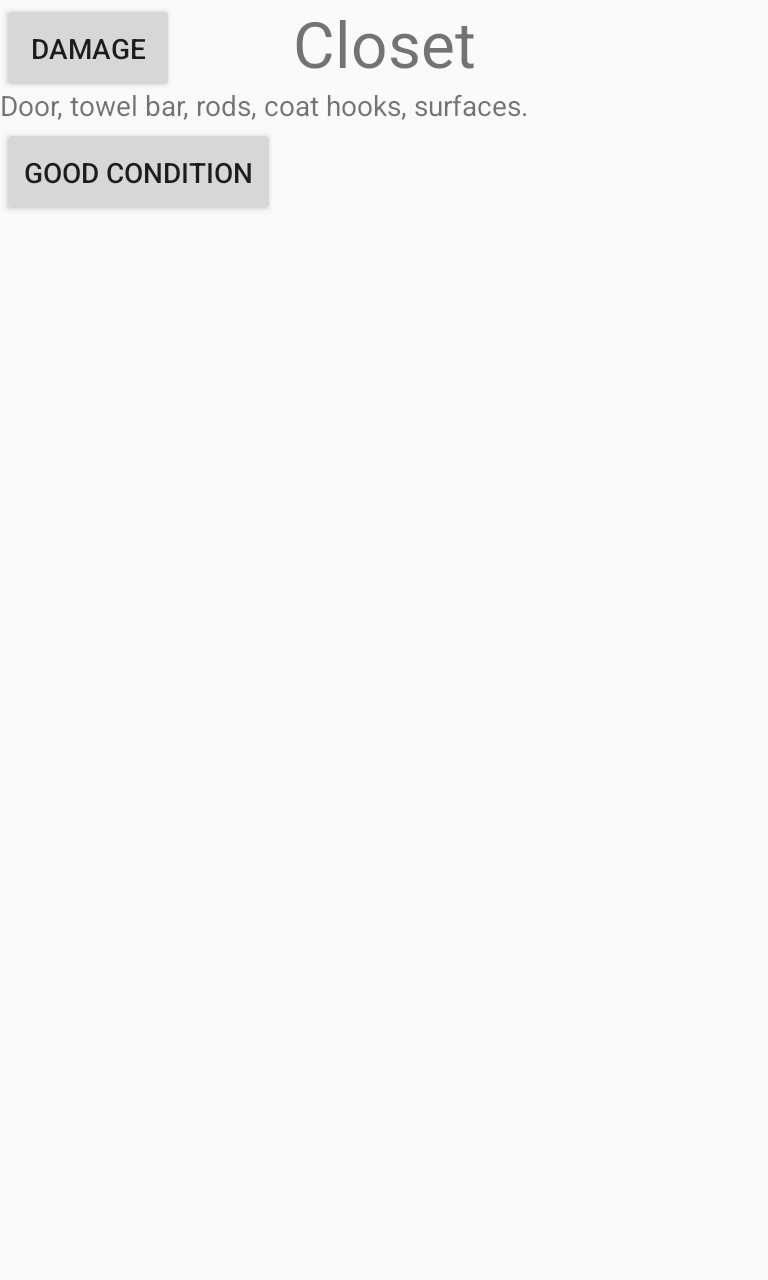
Repository: Android-BD/android-final-project
Layout: FinalProject/res/layout/rcr_form_element_fragment.xml
An editor plug-in stored every save of this project. The layout is shown before and after the next save, followed by the edit.
It is drawn on a 768 x 1280 px phone screen (xhdpi) without system bars, with theme AppTheme; the app's code is not run. Lists and similar views that code fills are empty.

Above is the layout before, as saved 2014-05-08 18:40:22.

After the next save:
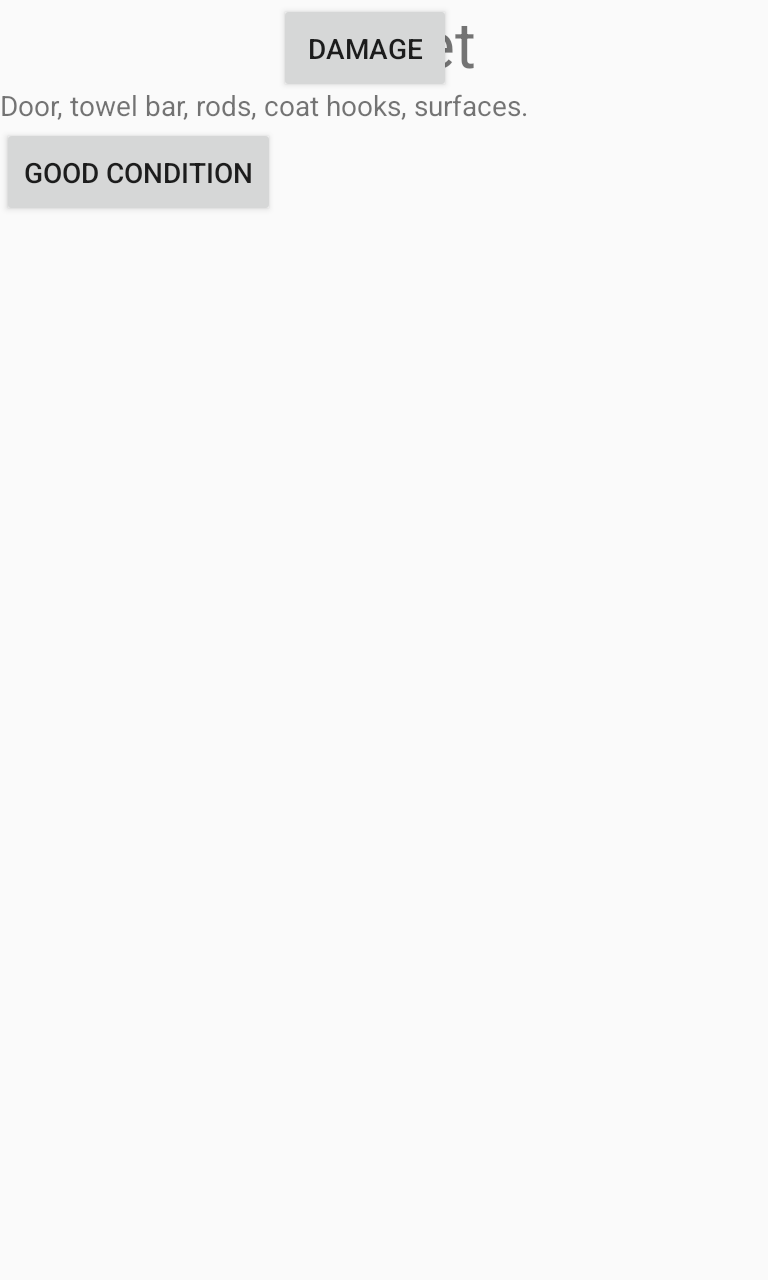
Saved 60 s later.
--- a/FinalProject/res/layout/rcr_form_element_fragment.xml
+++ b/FinalProject/res/layout/rcr_form_element_fragment.xml
@@ -26,7 +26,9 @@
     <Button android:id="@+id/damage_button"
         android:layout_width="wrap_content"
         android:layout_height="wrap_content"
-        android:text="@string/damage" />
+        android:text="@string/damage"
+        android:layout_toRightOf="@id/good_condition_button"
+        android:layotu_below="@id/category_description"/>
 
     <ListView android:id="@+id/damage_list"
         android:layout_width="match_parent"
